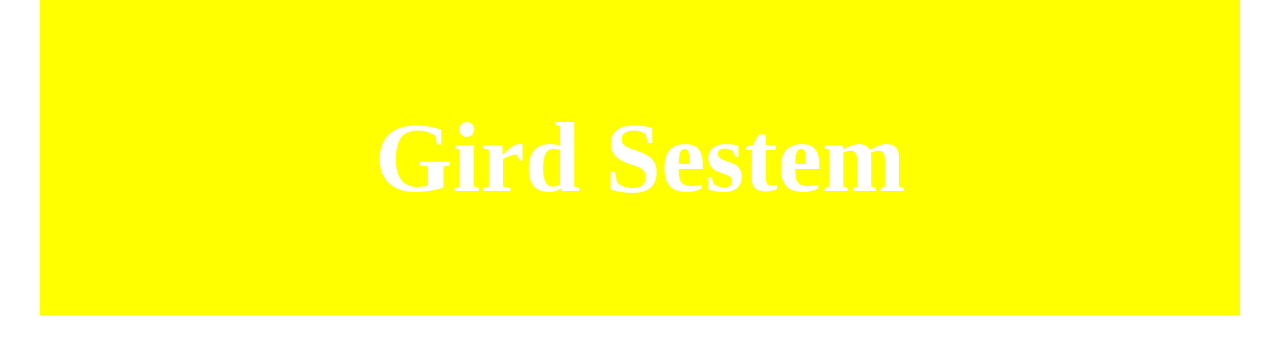
Repository: vanphongnguyen1/webDemo
Page: test.html
The author's editor kept a copy of each file at every save. The page is drawn from the files as they stood at one save, then again after the next save.
The browser window is 1280 px wide. The pictures show the whole page.

Above is the page before, as saved 2020-10-05 23:19:01.

After the next save:
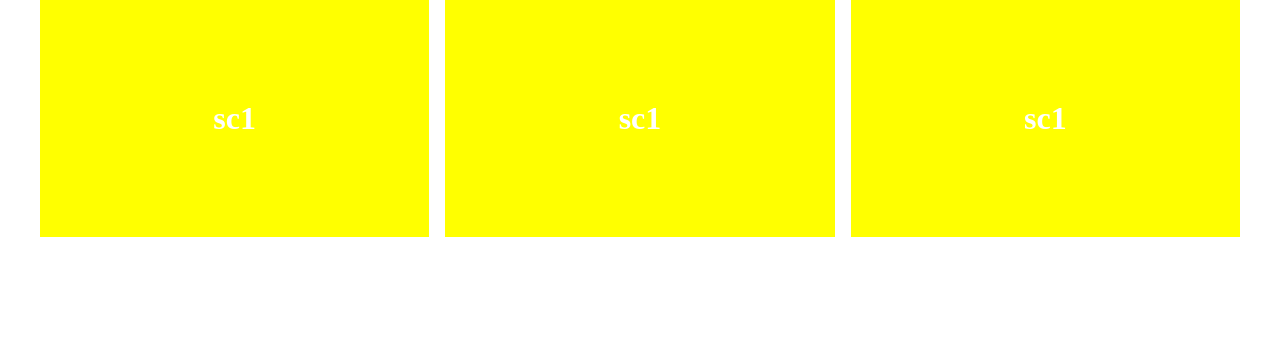
Saved 10 min 27 s later.
--- a/test.html
+++ b/test.html
@@ -15,14 +15,29 @@
             padding: 100px 0;
             background-color: yellow;
             color: #fff;
-            font-size: 100px;
             text-align: center;
         }
     </style>
 </head>
 <body>
     <div class="grid">
-        <h1>Gird Sestem</h1>
+        <div class="row">
+            <div class="col-pc-4">
+                <div class="item">
+                    <h1>sc1</h1>
+                </div>
+            </div>
+            <div class="col-pc-4">
+                <div class="item">
+                    <h1>sc1</h1>
+                </div>
+            </div>
+            <div class="col-pc-4">
+                <div class="item">
+                    <h1>sc1</h1>
+                </div>
+            </div>
+        </div>
     </div>
 </body>
 </html>
